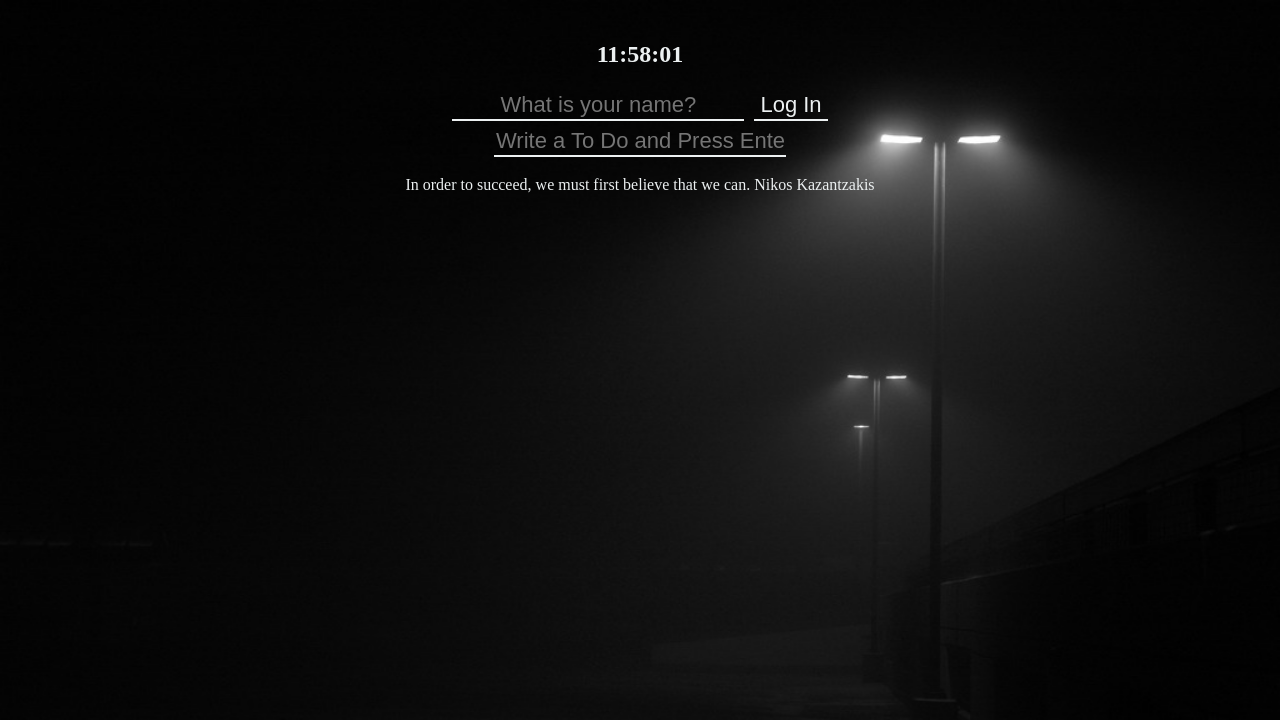
Repository: MIJI-H/chrome
Page: index.html
These files come from the project's save history. The page is drawn as it stood at one moment and after the next save; the edit follows.
The browser window is 1280 px wide. The pictures show the whole page.

Above is the page before, as saved 2024-01-26 16:39:05.

### index.html
<!DOCTYPE html>
<html lang="en">
  <head>
    <meta charset="UTF-8" />
    <meta name="viewport" content="width=device-width, initial-scale=1.0" />
    <link rel="stylesheet" href="css/style.css" />
    <title>WELCOME</title>
  </head>
  <body>
    <h2 id="clock">00:00:00</h2>
    <form class="hidden" id="login-form">
      <input
        required
        maxlength="15"
        type="text"
        placeholder="What is your name?"
      />
      <input type="submit" value="Log In" />
    </form>
    <h1 class="hidden" id="greeting"></h1>
    <form id="todo-form">
      <input type="text" placeholder="Write a To Do and Press Enter" required />
    </form>
    <ul id="todo-list"></ul>
    <div id="quote">
      <span></span>
      <span></span>
    </div>
    <div id="weather">
      <span></span>
      <span></span>
    </div>
    <script src="js/greetings.js"></script>
    <script src="js/clock.js"></script>
    <script src="js/quotes.js"></script>
    <script src="js/background.js"></script>
    <script src="js/todo.js"></script>
    <script src="js/weather.js"></script>
  </body>
</html>

### css/style.css
.hidden {
    display: none;
}

body{
    background-color: #2d3436;
    text-align: center;
    color: #ecf0f1;
    padding: 1%;
}

h1{
    font-size: 112px;
    margin-top:13%;
    margin-bottom: 0px;
}

h5{
    font-weight: 100;
    font-size: 22px;
    margin-bottom: 10px;
}

input {
    border: none;
    background: transparent;
    font-size: 22px;
    margin: 3px;
    text-align:center;
    color: #ecf0f1;
    border-bottom: 2px solid #ecf0f1;
}

ul {
    margin-left: 40%;
}

li{
    list-style: none;
    font-size: 20px;
    text-align:left;
    color: #ecf0f1;
}
li:before{
    content:'😊';
    display: inline;
    vertical-align: left;
    padding: 5px;
}

button{
    border: none;
    background: transparent;
    font-size: 22px;
}



.form,
.greetings {
    font-weight: 100;
    font-size: 22px;
    /* margin-bottom: 10px; */
}

.showing{
    display: block;
    transition: color .5s ease-in-out;
    font-size: 34px;
    margin-top: 0px;
}

.bgImg{
    position: absolute;
    top:0;
    left: 0;
    width:100%;
    height: 100%;
    z-index: -1;
    animation: fadeIn 0.5s linear;
}

.js-temp{
    font-weight: 500;
    font-size: 22px;
    padding-left: 95%;
}

.js-place{
    font-weight: 300;
    font-size: 12px;
    padding-left: 95%;
}

@keyframes fadeIn{
    from {
        opacity: 0;
    }
    to{
        opacity : 1;
    }
}

### js/greetings.js
const loginForm = document.querySelector("#login-form");
const loginInput = document.querySelector("#login-form input");
const greeting = document.querySelector("#greeting");

const HIDDEN_CLASSNAME = "hidden";
const USERNAME_KEY = "username";

function onLoginSubmit(event) {
  event.preventDefault();
  loginForm.classList.add(HIDDEN_CLASSNAME);
  const username = loginInput.value;
  localStorage.setItem(USERNAME_KEY, username);
  paintGreetings(username);
}

function paintGreetings(username) {
  greeting.innerText = `Hello ${username}`;
  greeting.classList.remove(HIDDEN_CLASSNAME);
}

const savedUsername = localStorage.getItem(USERNAME_KEY);

if (savedUsername === null) {
  loginForm.classList.remove(HIDDEN_CLASSNAME);
  loginForm.addEventListener("submit", onLoginSubmit);
} else {
  paintGreetings(savedUsername);
}

### js/clock.js
const clock = document.querySelector("h2#clock");

function getClock() {
  const date = new Date();
  const hours = String(date.getHours()).padStart(2, "0");
  const minutes = String(date.getMinutes()).padStart(2, "0");
  const seconds = String(date.getSeconds()).padStart(2, "0");
  clock.innerText = `${hours}:${minutes}:${seconds}`;
}

getClock();
setInterval(getClock, 1000);

### js/quotes.js
const quotes = [
    {
      quote: "The road to success and the road to failure are almost exactly the same.",
      author: "Colin R. Davis",
    },
    {
      quote: "It is better to fail in originality than to succeed in imitation.",
      author: "Herman Melville",
    },
    {
      quote:
        "Success is walking from failure to failure with no loss of enthusiasm.",
      author: "Winston Churchill",
    },
    {
      quote: "All progress takes place outside the comfort zone.",
      author: "Michael John Bobak",
    },
    {
      quote: "Success usually comes to those who are too busy to be looking for it.",
      author: "Walt Disney",
    },
    {
      quote: "The way to get started is to quit talking and begin doing.",
      author: "Albert Einstein",
    },
    {
      quote: "You only live once, but if you do it right, once is enough.",
      author: "Mae West",
    },
    {
      quote: "Success is not the key to happiness. Happiness is the key to success. If you love what you are doing, you will be successful.",
      author: "Albert Schweitzer",
    },
    {
      quote: "Success seems to be connected with action. Successful people keep moving.",
      author: "Conrad Hilton",
    },
    {
      quote: "In order to succeed, we must first believe that we can.",
      author: "Nikos Kazantzakis",
    },
  ];

  const quote = document.querySelector("#quote span:first-child");
  const author = document.querySelector("#quote span:last-child");
  const todaysQuote = quotes[Math.floor(Math.random() * quotes.length)];

  quote.innerText = todaysQuote.quote;
  author.innerText = todaysQuote.author;

### js/background.js
const images = ["01.jpg", "02.jpg", "03.jpg", "04.jpg", "05.jpg", "06.jpg", "07.jpg", "08.jpg", "09.jpg", "10.jpg"];

// const chosenImage = images[Math.floor(Math.random() * images.length)];

// const bgImage = document.createElement("img");
// const body = document.querySelector("body");


const body = document.querySelector("body");

// 이미지 갯수
const IMG_NUMBER=images.length;

// 랜덤 숫자 생성
function genRandom(){
    return Math.ceil(Math.random()* IMG_NUMBER);
}

// 랜덤 이미지 출력
function paintImage(imgNumber) {
    const img = new Image();
    img.src = `img/${imgNumber}.jpg`;
    img.classList.add("bgImg");
    body.prepend(img);
}

// 랜덤 수 생성해서, 랜덤 이미지 출력하기
function init() {
    const randomNumber = genRandom();
    paintImage(randomNumber);
}

init();

### js/todo.js
const toDoForm = document.getElementById("todo-form");
const toDoInput = document.querySelector("#todo-form input");
const toDoList = document.getElementById("todo-list");

const TODOS_KEY = "todos";

let toDos = [];

function saveToDos() {
  localStorage.setItem(TODOS_KEY, JSON.stringify(toDos));
}

function deleteToDo(event) {
  const li = event.target.parentElement;
  li.remove();
  toDos = toDos.filter((toDo) => toDo.id !== parseInt(li.id));
  saveToDos();
}

function paintToDo(newTodo) {
  const li = document.createElement("li");
  li.id = newTodo.id;
  const span = document.createElement("span");
  span.innerText = newTodo.text;
  const button = document.createElement("button");
  button.innerText = "❌";
  button.addEventListener("click", deleteToDo);
  li.appendChild(span);
  li.appendChild(button);
  toDoList.appendChild(li);
}

function handleToDoSubmit(event) {
  event.preventDefault();
  const newTodo = toDoInput.value;
  toDoInput.value = "";
  const newTodoObj = {
    text: newTodo,
    id: Date.now(),
  };
  toDos.push(newTodoObj);
  paintToDo(newTodoObj);
  saveToDos();
}

toDoForm.addEventListener("submit", handleToDoSubmit);

const savedToDos = localStorage.getItem(TODOS_KEY);

if (savedToDos !== null) {
  const parsedToDos = JSON.parse(savedToDos);
  toDos = parsedToDos;
  parsedToDos.forEach(paintToDo);
}

### js/weather.js
const API_KEY = "7145e4362d11e747634b0b6754ead97e";

function onGeoOK(position) {
  const lat = position.coords.latitude;
  const lon = position.coords.longitude;
  const url = `https://api.openweathermap.org/data/2.5/weather?lat=${lat}&lon=${lon}&appid=${API_KEY}&units=metric`;
  fetch(url)
    .then((response) => response.json())
    .then((data) => {
      const weather = document.querySelector("#weather span:first-child");
      const city = document.querySelector("#weather span:last-child");
      city.innerText = data.name;
      weather.innerText = `${data.weather[0].main} / ${data.main.temp}°C`;
    });
}
function onGeoError() {
  alert("Cannot find your location. No weather for you.");
}

navigator.geolocation.getCurrentPosition(onGeoOK, onGeoError);

After the next save:
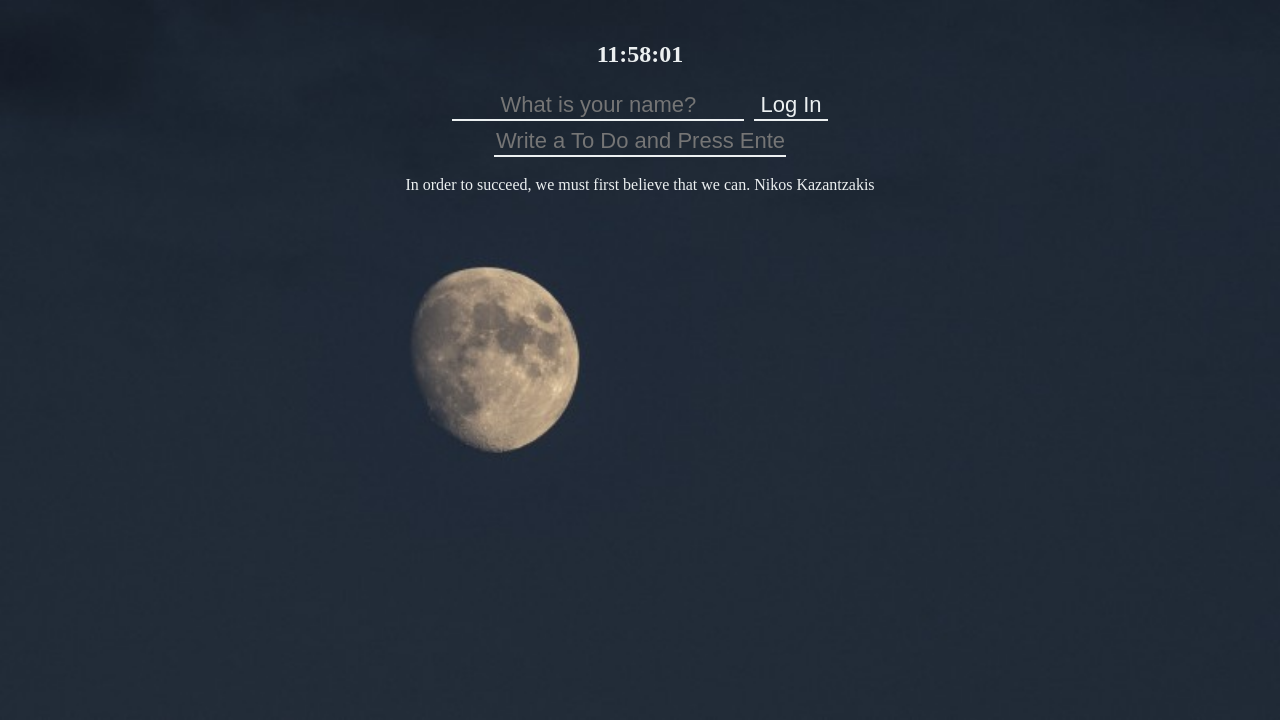
Saved 47 min 20 s later.
--- a/js/background.js
+++ b/js/background.js
@@ -1,4 +1,4 @@
-const images = ["01.jpg", "02.jpg", "03.jpg", "04.jpg", "05.jpg", "06.jpg", "07.jpg", "08.jpg", "09.jpg", "10.jpg"];
+const images = ["01.jpg", "03.jpg","08.jpg", "09.jpg", "10.jpg"];
 
 // const chosenImage = images[Math.floor(Math.random() * images.length)];
 
